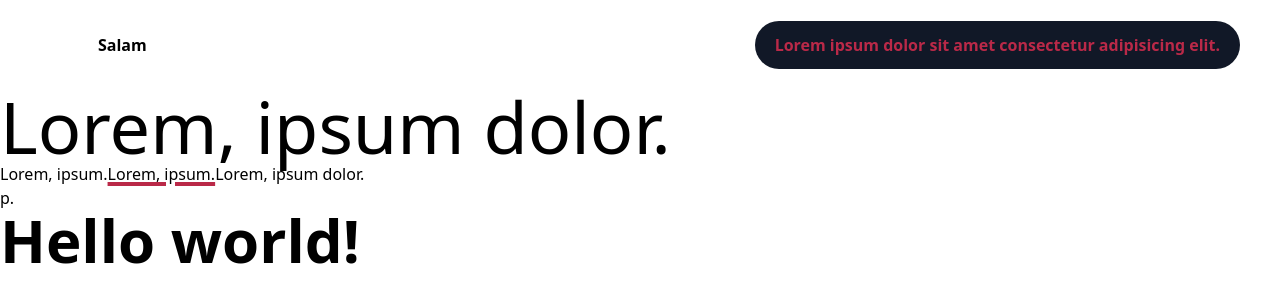
Repository: khaled-m1/Blog-Next.js
Page: /
The author's editor kept a copy of each file at every save. The page is drawn from the files as they stood at one save, then again after a run of saves.
The browser window is 1280 px wide. The pictures show the whole page.
The project was rebuilt for these pictures with package versions that can differ from the ones it lists, and the page was loaded fresh each time. The framework's server and built-in components were replaced by stand-ins that run in the browser. Also part of the build but not shown: next.config.js.

Above is the page before, as saved 2023-01-15 23:45:57.

After the next 3 saves:
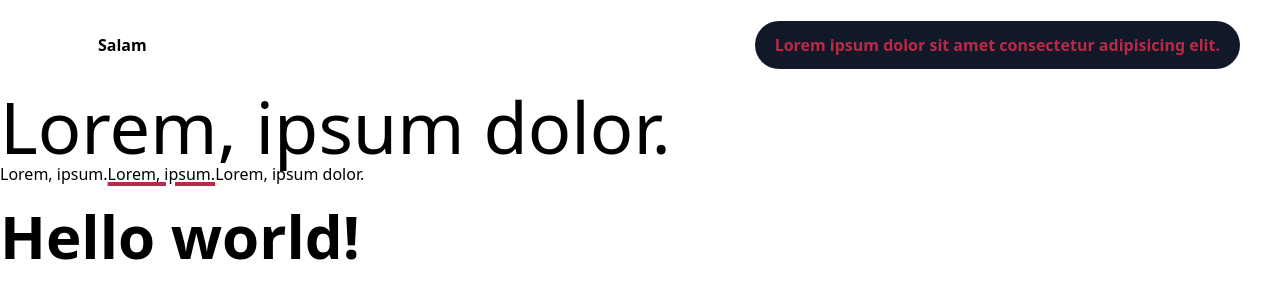
The 3 saves are shown as one change because they came seconds apart.
The last was saved 8 s later.
--- a/components/Bannar.tsx
+++ b/components/Bannar.tsx
@@ -13,7 +13,7 @@ export const Bannar = () => {
           Lorem, ipsum dolor.
         </h2>
       </div>
-      p.
+      <p className="mt-5 md:"></p>
     </div>
   );
 };
